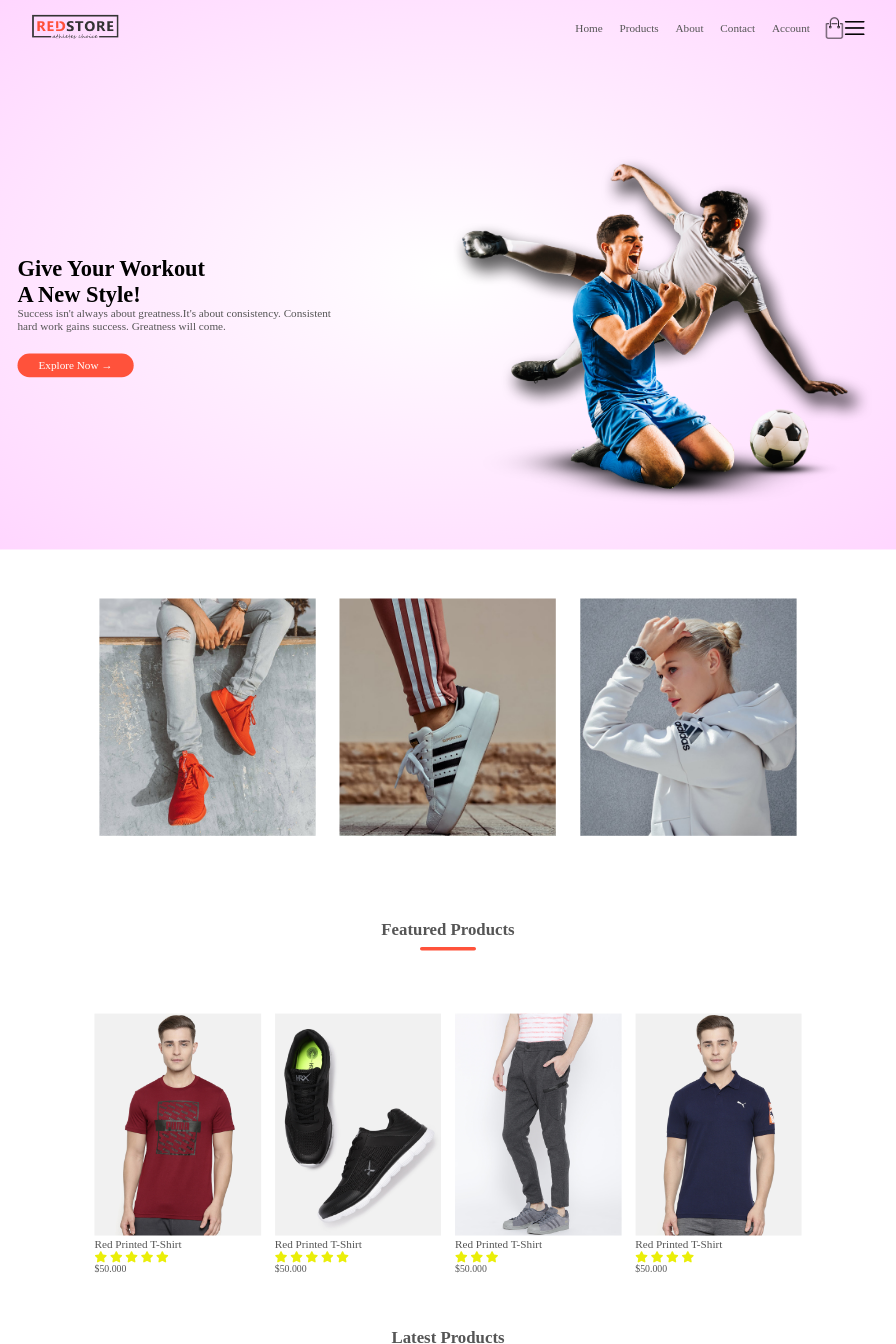
Repository: tuan21052000/Frontend
Page: index.html
These files come from the project's save history. The page is drawn as it stood at one moment and after the next save; the edit follows.
The browser window is 1280 px wide. The pictures show the part of the page from y = 0 to 1920 px (the page is 4529 px tall), at 70% of full size.

Above is the page before, as saved 2022-05-09 22:34:29.

After the next save:
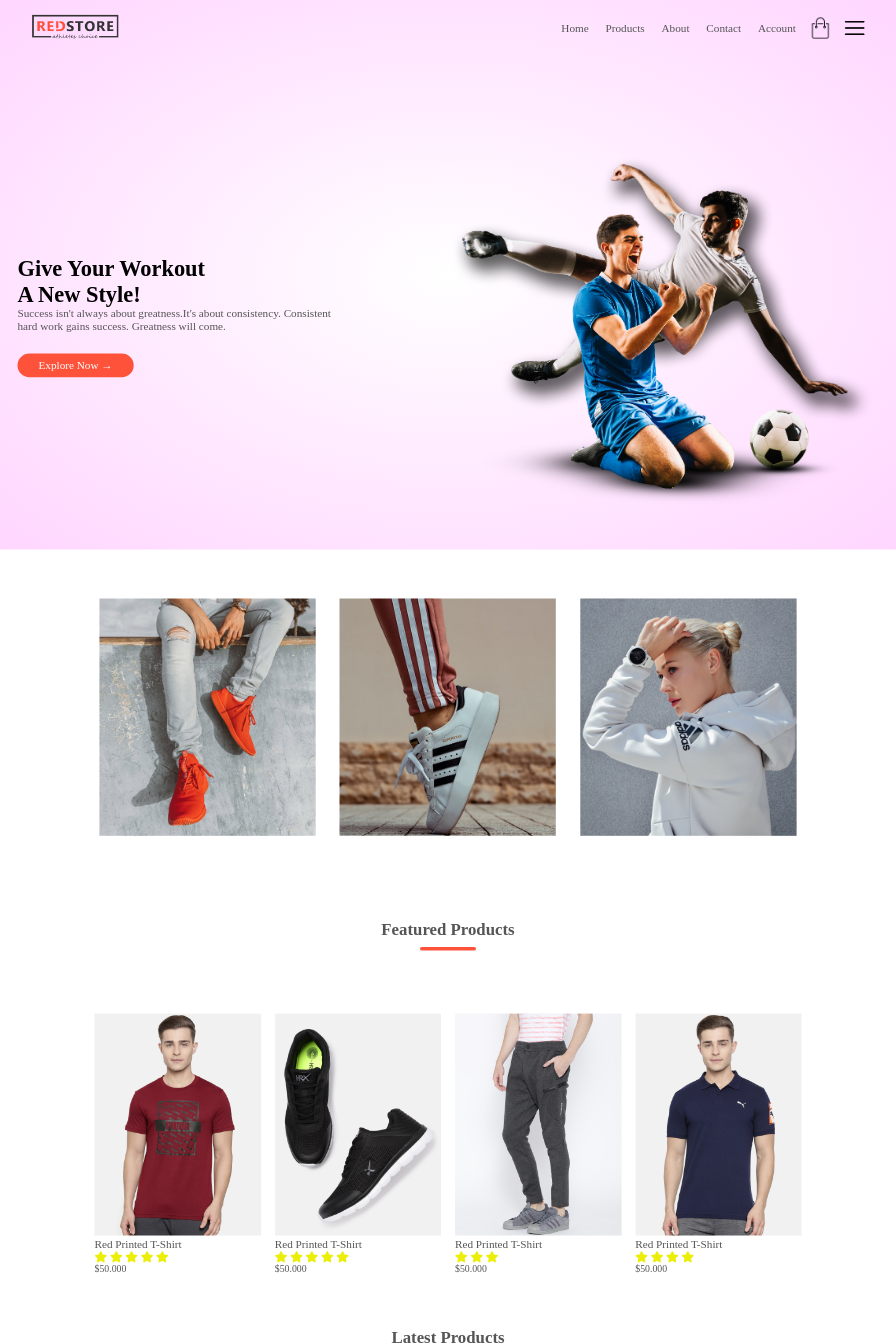
Saved 21 s later.
--- a/style.css
+++ b/style.css
@@ -237,4 +237,5 @@
 }
 .menu-icon{
     width: 28px;
-}
+    margin-left: 20px;
+}
